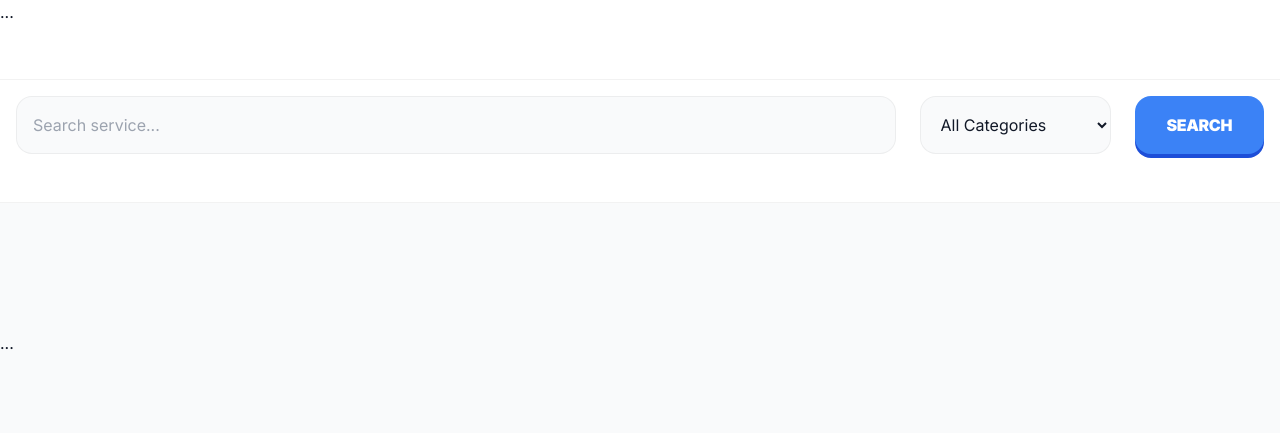
Repository: Paavo12/Localink
Page: frontend/search.html
An editor plug-in stored every save of this project. The page is shown before and after the next save, followed by the edit.
The browser window is 1280 px wide. The pictures show the whole page.
The page's requests for data from a server got no answer. Some web libraries are served in a nearby version.

Above is the page before, as saved 2026-05-21 10:46:14.

After the next save:
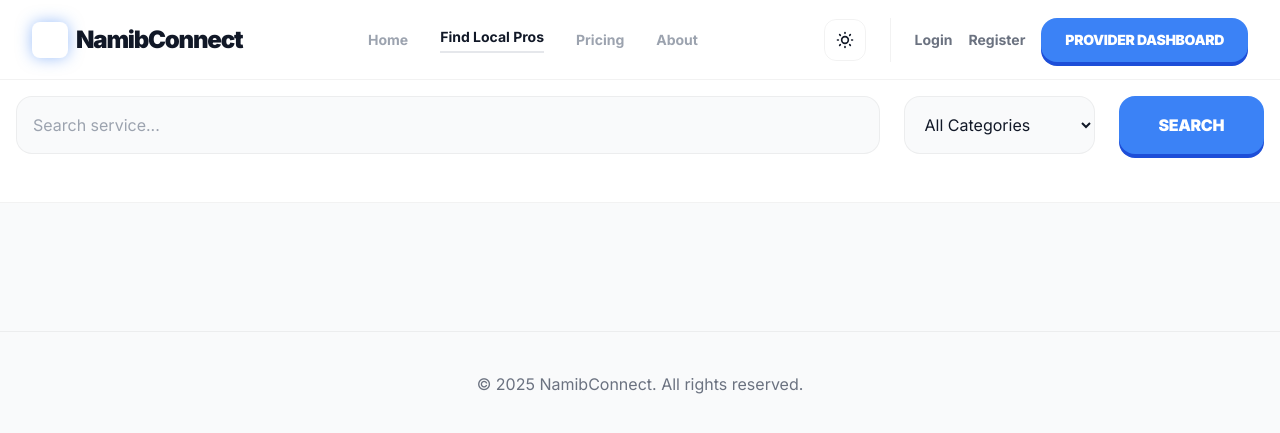
Saved 49 s later.
--- a/frontend/search.html
+++ b/frontend/search.html
@@ -10,19 +10,62 @@
 </head>
 <body class="bg-[var(--bg-main)] text-[var(--text-main)]">
 
-  <!-- Same navbar as index.html (copy the entire <nav> block) -->
-  <nav class="fixed top-0 left-0 right-0 z-50 glass-nav h-20">...</nav>
+  <!-- Navbar (same as index.html) -->
+  <nav class="fixed top-0 left-0 right-0 z-50 glass-nav h-20">
+    <div class="max-w-7xl mx-auto px-4 sm:px-6 lg:px-8 h-full">
+      <div class="flex justify-between h-full items-center">
+        <a href="index.html" class="flex items-center gap-2 group">
+          <div class="w-9 h-9 bg-accent rounded-lg flex items-center justify-center transition-transform group-hover:rotate-12 shadow-neon">
+            <span class="text-white font-display font-black text-xl">N</span>
+          </div>
+          <span class="font-display font-black text-2xl tracking-tighter text-[var(--text-main)]">NamibConnect</span>
+        </a>
+        <div class="hidden md:flex items-center gap-8">
+          <a href="index.html" class="text-sm font-bold text-gray-400 hover:text-[var(--text-main)] transition-colors">Home</a>
+          <a href="search.html" class="text-sm font-bold text-accent border-b-2 border-accent pb-1">Find Local Pros</a>
+          <a href="pricing.html" class="text-sm font-bold text-gray-400 hover:text-[var(--text-main)] transition-colors">Pricing</a>
+          <a href="about.html" class="text-sm font-bold text-gray-400 hover:text-[var(--text-main)] transition-colors">About</a>
+        </div>
+        <div class="hidden md:flex items-center gap-6">
+          <button id="themeToggle" class="p-2.5 rounded-xl border border-[var(--border-main)] text-[var(--text-main)] hover:bg-[var(--border-main)] transition-all">
+            <svg class="w-5 h-5 dark:hidden" fill="none" stroke="currentColor" viewBox="0 0 24 24"><path stroke-linecap="round" stroke-linejoin="round" stroke-width="2" d="M12 3v1m0 16v1m9-9h-1M4 12H3m15.364 6.364l-.707-.707M6.343 6.343l-.707-.707m12.728 0l-.707.707M6.343 17.657l-.707.707M16 12a4 4 0 11-8 0 4 4 0 018 0z"></path></svg>
+            <svg class="w-5 h-5 hidden dark:block" fill="none" stroke="currentColor" viewBox="0 0 24 24"><path stroke-linecap="round" stroke-linejoin="round" stroke-width="2" d="M20.354 15.354A9 9 0 018.646 3.646 9.003 9.003 0 0012 21a9.003 9.003 0 008.354-5.646z"></path></svg>
+          </button>
+          <div class="flex items-center gap-4 border-l border-[var(--border-main)] pl-6">
+            <a href="login.html" class="text-sm font-bold text-gray-500 hover:text-[var(--text-main)] transition-colors">Login</a>
+            <a href="register.html" class="text-sm font-bold text-gray-500 hover:text-[var(--text-main)] transition-colors">Register</a>
+            <a href="dashboard.html" class="btn-primary text-sm">Provider Dashboard</a>
+          </div>
+        </div>
+        <div class="md:hidden">
+          <button id="mobileMenuBtn" class="p-2">
+            <svg class="w-6 h-6" fill="none" stroke="currentColor" viewBox="0 0 24 24"><path stroke-linecap="round" stroke-linejoin="round" stroke-width="2" d="M4 6h16M4 12h16M4 18h16"></path></svg>
+          </button>
+        </div>
+      </div>
+    </div>
+    <div id="mobileMenu" class="hidden md:hidden bg-[var(--card-bg)] border-t border-[var(--border-main)]">
+      <div class="px-4 py-6 space-y-4">
+        <a href="search.html" class="block text-lg font-medium">Find Services</a>
+        <a href="pricing.html" class="block text-lg font-medium">Pricing</a>
+        <a href="about.html" class="block text-lg font-medium">About</a>
+        <a href="login.html" class="block text-lg font-medium">Login</a>
+        <a href="register.html" class="block text-lg font-medium">Register</a>
+        <a href="dashboard.html" class="block btn-primary text-center">Provider Dashboard</a>
+      </div>
+    </div>
+  </nav>
 
   <div class="pt-24 pb-12 border-b border-[var(--border-main)] bg-[var(--card-bg)]">
     <div class="max-w-7xl mx-auto px-4">
       <div class="flex flex-col md:flex-row gap-6">
-        <input type="text" id="searchInput" placeholder="Search service..." class="flex-1 p-4 bg-[var(--bg-main)] rounded-2xl border border-[var(--border-main)]">
-        <select id="categorySelect" class="p-4 bg-[var(--bg-main)] rounded-2xl border border-[var(--border-main)]">
+        <input type="text" id="searchInput" placeholder="Search service..." class="flex-1 p-4 bg-[var(--bg-main)] rounded-2xl border border-[var(--border-main)] text-[var(--text-main)]">
+        <select id="categorySelect" class="p-4 bg-[var(--bg-main)] rounded-2xl border border-[var(--border-main)] text-[var(--text-main)]">
           <option value="">All Categories</option>
           <option>Hair Salon</option><option>Barbershop</option><option>Car Rental</option>
           <option>Plumbing</option><option>Cleaning Services</option><option>Electrician</option><option>Catering</option>
         </select>
-        <button id="searchBtn" class="btn-primary px-8">Search</button>
+        <button id="searchBtn" class="btn-primary px-10">Search</button>
       </div>
     </div>
   </div>
@@ -31,6 +74,17 @@
     <div id="gridContainer" class="grid grid-cols-1 md:grid-cols-2 lg:grid-cols-3 gap-10"></div>
   </main>
 
-  <footer>...</footer>
+  <footer class="bg-[var(--bg-main)] border-t border-[var(--border-main)] py-10 text-center text-gray-500">
+    <p>© 2025 NamibConnect. All rights reserved.</p>
+  </footer>
+
+  <script>
+    // mobile menu
+    const mobileBtn = document.getElementById('mobileMenuBtn');
+    const mobileMenu = document.getElementById('mobileMenu');
+    if (mobileBtn && mobileMenu) {
+      mobileBtn.addEventListener('click', () => mobileMenu.classList.toggle('hidden'));
+    }
+  </script>
 </body>
 </html>
